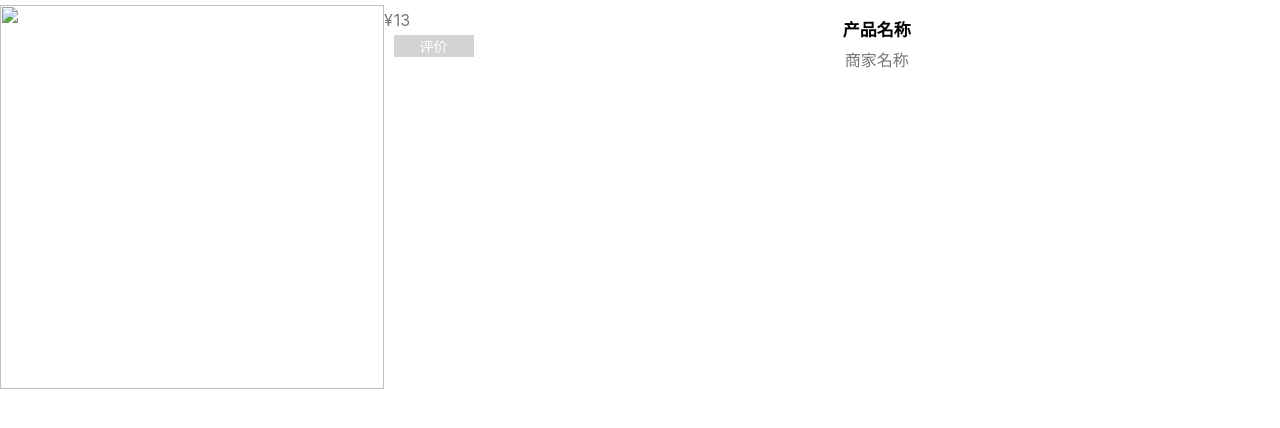
Repository: zhenzhen-gong/ReactDemo
Page: /
These files come from the project's save history. The page is drawn as it stood at one moment and after the next save; the edit follows.
The browser window is 1280 px wide. The pictures show the whole page.
The project was rebuilt for these pictures with package versions that can differ from the ones it lists, and the page was loaded fresh each time.

Above is the page before, as saved 2021-03-25 20:40:23.

After the next save:
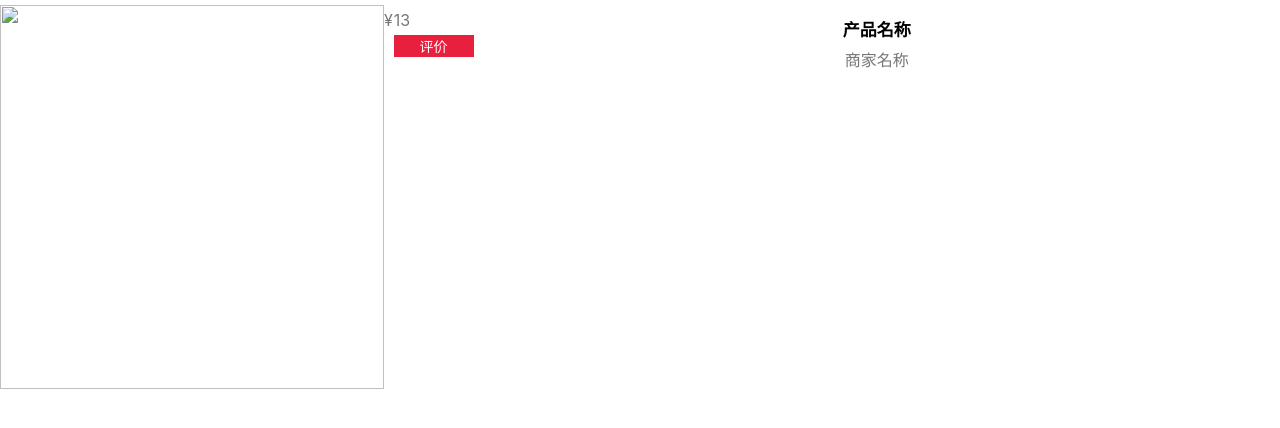
Saved 40 min 18 s later.
--- a/src/components/OrderItem/index.js
+++ b/src/components/OrderItem/index.js
@@ -14,7 +14,7 @@ class OrderItem extends Component {
                 </div>
                 <div className="orderItem__detail">
                     <div className="orderItem__price">13</div>
-                    <div><button className="orderItem__btn">评价</button></div>
+                    <div><button className="orderItem__btn orderItem__btn--red">评价</button></div>
                 </div>
             </div>
         );
